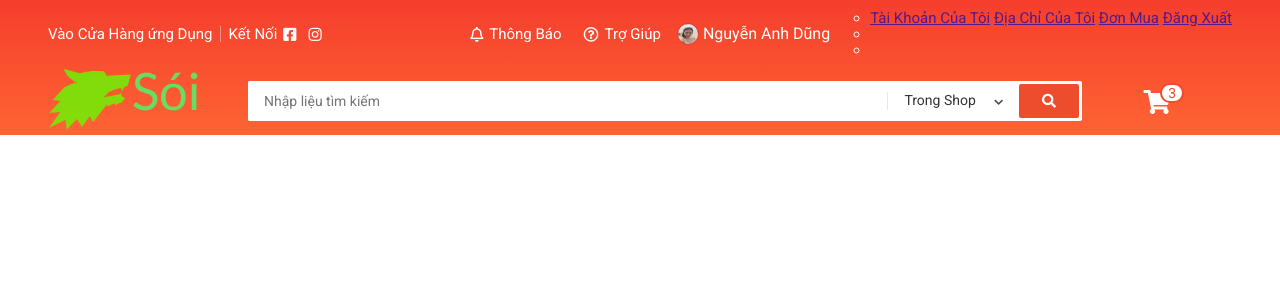
Repository: adwewecat/shoppe
Page: index.html
These files come from the project's save history. The page is drawn as it stood at one moment and after a run of saves; the edit follows.
The browser window is 1280 px wide. The pictures show the whole page.

Above is the page before, as saved 2021-09-03 12:01:17.

### index.html
<!DOCTYPE html>
<html lang="en">

<head>
    <meta charset="UTF-8" />
    <meta http-equiv="X-UA-Compatible" content="IE=edge" />
    <meta name="viewport" content="width=device-width, initial-scale=1.0" />
    <title>Document</title>
    <link rel="preconnect" href="https://fonts.googleapis.com" />
    <link rel="preconnect" href="https://fonts.gstatic.com" crossorigin />
    <link href="https://fonts.googleapis.com/css2?family=Roboto:ital,wght@0,400;0,500;0,700;1,300&display=swap"
        rel="stylesheet" />
    <link rel="stylesheet" href="./assets/css/base.css" />
    <link rel="stylesheet" href="./assets/css/main.css" />
    <link rel="stylesheet" href="./assets/fonts/fontawesome-free-5.15.4/css/all.min.css" />
</head>

<body>
    <div class="main">
        <header class="header">
            <div class="grid">
                <!-- Begin Navbar -->
                <nav class="header__navbar">
                    <ul class="header__navbar-list">
                        <li class="
                  header__navbar-item
                  header__navbar-item--has-qr
                  header__navbar-item--seperate
                ">
                            Vào Cửa Hàng ứng Dụng
                            <!-- Begin Header QR Code -->
                            <div class="header__qr">
                                <img src="./assets/img/qr_code/qrcode_2066837_.png" alt="QR_Code_Lagel"
                                    class="header__qr-img" />
                                <div class="header__qr-apps">
                                    <a href="" class="header__qr-link">
                                        <img src="./assets/img/qr_code/android.png" alt="android"
                                            class="header__qr-dowload-img" />
                                    </a>
                                    <a href="" class="header__qr-link">
                                        <img src="./assets/img/qr_code/ios.png" alt="ios"
                                            class="header__qr-dowload-img" />
                                    </a>
                                </div>
                            </div>
                            <!-- End Header QR Code -->
                        </li>
                        <li class="header__navbar-item">
                            <span class="header__navbar-title-no-pointer">Kết Nối</span>
                            <a href="" class="header__navbar-icon-link">
                                <i class="header__navbar-icon fab fa-facebook-square"></i>
                            </a>
                            <a href="" class="header__navbar-icon-link">
                                <i class="header__navbar-icon fab fa-instagram"></i>
                            </a>
                        </li>
                    </ul>

                    <ul class="header__navbar-list">
                        <li class="header__navbar-item header__navbar-item--has-notify">
                            <a href="" class="header__navbar-item-link">
                                <i class="header__navbar-icon far fa-bell"></i>
                                Thông Báo
                            </a>

                            <!-- Begin hover Thông Báo -->
                            <div class="header__notify">
                                <header class="header__notify-header">
                                    <h3>Thông Báo Mới Nhận</h3>
                                </header>
                                <ul class="header__notify-list">
                                    <li class="header__notify-item header__notify-item--viewed">
                                        <a href="" class="header__notify-link">
                                            <img src="./assets/img/san-pham/xiaomi-mi-11-ultra.jpg"
                                                alt="Xiaomi Mi 11 Ultra" class="header__notify-img" />
                                            <div class="header__notify-info">
                                                <span class="header__notify-name">Xiaomi Mi 11 Ultra</span>
                                                <span class="header__notify-description">Mô tả điện thoại Xiaomi Mi 11
                                                    Ultra</span>
                                            </div>
                                        </a>
                                    </li>

                                    <li class="header__notify-item">
                                        <a href="" class="header__notify-link">
                                            <img src="./assets/img/san-pham/xiaomi-mi-11-ultra.jpg"
                                                alt="Xiaomi Mi 11 Ultra" class="header__notify-img" />
                                            <div class="header__notify-info">
                                                <span class="header__notify-name">Xiaomi Mi 11 Ultra Ultra Ultra Ultra
                                                    Ultra Ultra
                                                    Ultra Ultra Ultra Ultra</span>
                                                <span class="header__notify-description">Mô tả điện thoại Xiaomi Mi 11
                                                    Ultra Mô tả điện
                                                    thoại Xiaomi Mi 11 Ultra Mô tả điện thoại Xiaomi Mi
                                                    11 Ultra Mô tả điện thoại Xiaomi Mi 11 Ultra</span>
                                            </div>
                                        </a>
                                    </li>

                                    <li class="header__notify-item">
                                        <a href="" class="header__notify-link">
                                            <img src="./assets/img/san-pham/xiaomi-mi-11-ultra.jpg"
                                                alt="Xiaomi Mi 11 Ultra" class="header__notify-img" />
                                            <div class="header__notify-info">
                                                <span class="header__notify-name">Xiaomi Mi 11 Ultra</span>
                                                <span class="header__notify-description">Mô tả điện thoại Xiaomi Mi 11
                                                    Ultra</span>
                                            </div>
                                        </a>
                                    </li>
                                </ul>

                                <footer class="header__notify-footer">
                                    <a href="" class="header__notify-footer-btn">Xem Tất Cả</a>
                                </footer>
                            </div>
                            <!-- Begin hover Thông Báo -->
                        </li>

                        <li class="header__navbar-item">
                            <a href="" class="header__navbar-item-link">
                                <i class="header__navbar-icon far fa-question-circle"></i>
                                Trợ Giúp
                            </a>
                        </li>
                        <!-- <li class="header__navbar-item header__navbar-item--strong header__navbar-item--seperate">
                            Đăng Ký
                        </li>
                        <li class="header__navbar-item header__navbar-item--strong">
                            Đăng Nhập
                        </li> -->
                        <li class="header__navbar-item header__navbar-item-user">
                            <img src="./assets/img/san-pham/4.jpg" alt="" class="header__navbar-user-img">
                            <span class="header__navbar-user-name">Nguyễn Anh Dũng</span>

                            <ul class="header__navbar-user-menu">
                                <li class="header__navbar-user-item">
                                    <a href="">Tài Khoản Của Tôi</a>
                                    <a href="">Địa Chỉ Của Tôi</a>
                                    <a href="">Đơn Mua</a>
                                    <a href="">Đăng Xuất</a>
                                </li>
                                <li class="header__navbar-user-item">

                                </li>
                                <li class="header__navbar-user-item">

                                </li>


                            </ul>

                        </li>
                    </ul>
                </nav>
                <!-- End Navbar -->

                <!-- Begin search, logo, giỏ hàng -->
                <div class="header-with-search">
                    <div class="header__logo">
                        <img src="./assets/img/san-pham/logo.png" alt="" class="header__logo-img" />
                    </div>
                    <!-- Begin Search -->
                    <div class="header__search">
                        <div class="header__search-input-wrap">
                            <input type="text" class="header__search-input" placeholder="Nhập liệu tìm kiếm" />

                            <!-- Search History -->
                            <div class="header__search-history">
                                <h3 class="header__search-history-heading">
                                    Lịch Sử Tìm Kiếm
                                </h3>
                                <ul class="header__search-history-list">
                                    <li class="header__search-history-item">
                                        <a href="">Iphone 12 pro max</a>
                                    </li>
                                    <li class="header__search-history-item">
                                        <a href="">Xiaomi Mi 11i </a>
                                    </li>
                                </ul>
                            </div>
                        </div>

                        <div class="header__search-select">
                            <span class="header__search-select-lable">Trong Shop</span>
                            <i class="header__search-select-icon fas fa-chevron-down"></i>

                            <ul class="header__search-option">
                                <li class="
                      header__search-option-item
                      header__search-option-item--active
                    ">
                                    <span>Trong Shop</span>
                                    <i class="fas fa-check"></i>
                                </li>
                                <li class="header__search-option-item">
                                    <span>Ngoài Shop</span>
                                    <i class="fas fa-check"></i>
                                </li>
                            </ul>
                        </div>
                        <button class="header__search-btn">
                            <i class="header__search-btn-icon fas fa-search"></i>
                        </button>
                    </div>
                    <!-- End Search -->

                    <!-- Begin Giỏ Hàng -->
                    <div class="header__cart">
                        <div class="header__cart-wrap">
                            <i class="fas fa-shopping-cart header__cart-icon"></i>
                            <span class="header__cart-notice">3</span>
                            <!-- No card : header__cart-list--no-cart -->
                            <div class="header__cart-list ">
                                <img src="./assets/img/san-pham/chua-co-san-pham.png" alt=""
                                    class="header__cart-no-cart-img" />
                                <span class="header__cart-list--no-cart-msg">Chưa Có Sản Phẩm Nào</span>

                                <!-- Có sản phẩm -->
                                <h4 class="header__cart-heading">Sản Phẩm Đã Thêm</h4>
                                <ul class="header__cart-list-item">
                                    <!-- Cart Item -->
                                    <li class="header__cart-item">
                                        <img src="./assets/img/san-pham/xiaomi-mi-11-ultra.jpg" alt=""
                                            class="header__cart-img" />
                                        <div class="header__cart-item-info">
                                            <div class="header__cart-item-head">
                                                <h5 class="header__cart-item-name">
                                                    Điện Thoại Cấu Hình Cao
                                                </h5>
                                                <div class="header__cart-item-price-wrap">
                                                    <span class="header__cart-item-price">19.000.000đ</span>
                                                    <span class="header__cart-item-multiply">x</span>
                                                    <span class="header__cart-item-quantity">2</span>
                                                </div>
                                            </div>
                                            <div class="header__cart-item-body">
                                                <span class="header__cart-item-description">
                                                    Phân Loại Hàng : Điện Thoại Thông Minh
                                                </span>
                                                <span class="header__cart-item-remove">Xóa</span>
                                            </div>
                                        </div>
                                    </li>
                                </ul>
                                <ul class="header__cart-list-item">
                                    <!-- Cart Item -->
                                    <li class="header__cart-item">
                                        <img src="./assets/img/san-pham/xiaomi-mi-11-ultra.jpg" alt=""
                                            class="header__cart-img" />
                                        <div class="header__cart-item-info">
                                            <div class="header__cart-item-head">
                                                <h5 class="header__cart-item-name">
                                                    Điện Thoại Cấu Hình Cao
                                                </h5>
                                                <div class="header__cart-item-price-wrap">
                                                    <span class="header__cart-item-price">19.000.000đ</span>
                                                    <span class="header__cart-item-multiply">x</span>
                                                    <span class="header__cart-item-quantity">2</span>
                                                </div>
                                            </div>
                                            <div class="header__cart-item-body">
                                                <span class="header__cart-item-description">
                                                    Phân Loại Hàng : Điện Thoại Thông Minh
                                                </span>
                                                <span class="header__cart-item-remove">Xóa</span>
                                            </div>
                                        </div>
                                    </li>
                                </ul>
                                <div>
                                    <a href="#" class="header__cart-view-cart btn btn--primary">Xem Tất Cả</a>
                                </div>
                            </div>
                        </div>
                    </div>
                    <!-- End Giỏ Hàng -->
                </div>
                <!-- End search, logo, giỏ hàng -->
            </div>
        </header>

        <div class="container"></div>

        <footer class="footer"></footer>
    </div>

    <!-- Begin Modal -->
    <!-- <div class="modal">
        <div class="modal__overlay"></div>

        <div class="modal__body"> -->

    <!-- Begin Register form -->
    <!-- <div class="auth-form">
                    <div class="auth-form__container">
                        <div class="auth-form__header">
                            <h3 class="auth-form__heading">Đăng Ký</h3>
                            <span class="auth-form__switch-btn">Đăng Nhập</span>
                        </div>

                        <div class="auth-form__form">
                            <div class="auth-form__group">
                                <input type="text" class="auth-form__input" placeholder="Nhập Email">
                            </div>
                            <div class="auth-form__group">
                                <input type="password" class="auth-form__input" placeholder="Nhập Mật Khẩu">
                            </div>
                            <div class="auth-form__group">
                                <input type="password" class="auth-form__input" placeholder="Nhập Lại Mật Khẩu">
                            </div>
                        </div>

                        <div class="auth-form__aside">
                            <p class="auth-form__policy-text">
                                Bằng Việc Đăng Ký , Bạn Đã Đồng Ý Với Shop Về
                                <a href="" class="auth-form__text-link">Điều Khoản Dịch Vụ</a> &
                                <a href="" class="auth-form__text-link">Chính Sách Bảo Mật</a>
                            </p>
                        </div>

                        <div class="auth-form__controls">
                            <button class="btn btn--normal auth-form__controls-back">TRỞ LẠI</button>
                            <button class="btn btn--primary">Đăng Ký</button>
                        </div>
                    </div>


                    <div class="auth-form__socials">

                        <a href="" class=" auth-form__socials-facebook btn btn--size-s btn--witch-icon">
                            <i class="auth-form__socials-icon fab fa-facebook-square"></i>
                            <span class="auth-form__socials-title">
                                Kết Nối Với Facebook
                            </span>
                        </a>

                        <a href="" class="auth-form__socials-google btn btn--size-s btn--witch-icon">
                            <i class="auth-form__socials-icon fab fa-google-plus-square"></i>
                            <span class="auth-form__socials-title">
                                Kết Nối Với Google
                            </span>
                        </a>
                    </div>
                </div> -->
    <!-- Begin Register form -->

    <!-- Begin Login form -->
    <!-- <div class="auth-form">
                    <div class="auth-form__container">
                        <div class="auth-form__header">
                            <h3 class="auth-form__heading">Đăng Nhập</h3>
                            <span class="auth-form__switch-btn">Đăng Ký</span>
                        </div>

                        <div class="auth-form__form">
                            <div class="auth-form__group">
                                <input type="text" class="auth-form__input" placeholder="Nhập Email">
                            </div>
                            <div class="auth-form__group">
                                <input type="password" class="auth-form__input" placeholder="Nhập Mật Khẩu">
                            </div>
                        </div>

                        <div class="auth-form__aside">
                            <div class="auth-form__help">
                                <a href="" class="auth-form__help-link auth-form__help-forgot">Quên Mật Khẩu</a>
                                <span class="auth-form__help-separate"></span>
                                <a href="" class="auth-form__help-link">Cần Trợ Giúp?</a>
                            </div>
                        </div>

                        <div class="auth-form__controls">
                            <button class="btn btn--normal auth-form__controls-back">Trở Lại</button>
                            <button class="btn btn--primary">Đăng Nhập</button>
                        </div>
                    </div>


                    <div class="auth-form__socials">

                        <a href="" class=" auth-form__socials-facebook btn btn--size-s btn--witch-icon">
                            <i class="auth-form__socials-icon fab fa-facebook-square"></i>
                            <span class="auth-form__socials-title">
                                Kết Nối Với Facebook
                            </span>
                        </a>

                        <a href="" class="auth-form__socials-google btn btn--size-s btn--witch-icon">
                            <i class="auth-form__socials-icon fab fa-google-plus-square"></i>
                            <span class="auth-form__socials-title">
                                Kết Nối Với Google
                            </span>
                        </a>
                    </div>
                </div> -->
    <!-- End Login form -->

    <!-- </div>
    </div> -->

    <!-- End Modal -->
</body>

</html>

### assets/css/base.css

/* Reset CSS */
/*! normalize.css v8.0.1 | MIT License | github.com/necolas/normalize.css */
html{line-height:1.15;-webkit-text-size-adjust:100%}body{margin:0}main{display:block}h1{font-size:2em;margin:.67em 0}hr{box-sizing:content-box;height:0;overflow:visible}pre{font-family:monospace,monospace;font-size:1em}a{background-color:transparent}abbr[title]{border-bottom:none;text-decoration:underline;text-decoration:underline dotted}b,strong{font-weight:bolder}code,kbd,samp{font-family:monospace,monospace;font-size:1em}small{font-size:80%}sub,sup{font-size:75%;line-height:0;position:relative;vertical-align:baseline}sub{bottom:-.25em}sup{top:-.5em}img{border-style:none}button,input,optgroup,select,textarea{font-family:inherit;font-size:100%;line-height:1.15;margin:0}button,input{overflow:visible}button,select{text-transform:none}[type=button],[type=reset],[type=submit],button{-webkit-appearance:button}[type=button]::-moz-focus-inner,[type=reset]::-moz-focus-inner,[type=submit]::-moz-focus-inner,button::-moz-focus-inner{border-style:none;padding:0}[type=button]:-moz-focusring,[type=reset]:-moz-focusring,[type=submit]:-moz-focusring,button:-moz-focusring{outline:1px dotted ButtonText}fieldset{padding:.35em .75em .625em}legend{box-sizing:border-box;color:inherit;display:table;max-width:100%;padding:0;white-space:normal}progress{vertical-align:baseline}textarea{overflow:auto}[type=checkbox],[type=radio]{box-sizing:border-box;padding:0}[type=number]::-webkit-inner-spin-button,[type=number]::-webkit-outer-spin-button{height:auto}[type=search]{-webkit-appearance:textfield;outline-offset:-2px}[type=search]::-webkit-search-decoration{-webkit-appearance:none}::-webkit-file-upload-button{-webkit-appearance:button;font:inherit}details{display:block}summary{display:list-item}template{display:none}[hidden]{display:none}
/*# sourceMappingURL=normalize.min.css.map */
/* https://cdnjs.cloudflare.com/ajax/libs/normalize/8.0.1/normalize.min.css */


:root {
    --primary-color: #EE4D2D;
    --white-color: #fff;
    --black-color: #000;
    --text-color: #333;
    --border-color: #dbdbdb;

    --navbar-height:34px;
    --header-height:120px
    --header-with-search-height:calc(var(var(--header-height)-var(var(--navbar-height))))

}

*{
    box-sizing: border-box; /* lÀM Kích thước không bị thay đổi khi làm dầy padding và border */

}

html {
    /* Hack */
    font-size: 62.5%;
    line-height: 1.6rem; /*1rem bằng 10px khi setup font-size: 62.5%;*/
    font-family: 'Roboto', sans-serif; /*sans-serif là thuộc tính chữ ko gạch chân*/
}


.grid {
    width: 1200px;
    max-width: 100%;
    margin: 0 auto; /*trên dưới bằng 0  trái phải auto , tự động căn giữa khi khối này nằm trong khối khác*/
}

.grid__full-width {
    width: 100%;
}


/* Những thẻ nào nằm trong class này sẽ cùng nằm trên 1 hàng ngang và nếu co giao diện sẽ tự động xuống dòng */
.grid__row {
    display: flex;
    flex-wrap: wrap;
}

/* Animation */
@keyframes fadeIn {
    from {
        opacity: 0;
    }
    to {
        opacity: 1;
    }
}

@keyframes growth {
    from {
        transform: scale(var(--growth-form));
    }
    to{
        transform: scale(var(--growth-to));
    }
}



/* ====================================== */
/* Begin Modal */
.modal {
    position: fixed;
    top: 0;
    bottom: 0;
    right: 0;
    left: 0;
    display: flex;
    animation: fadeIn ease-in 0.5s;
}
.modal__overlay {
    position: absolute;
    width: 100%;
    height: 100%;
    background-color: rgba(12, 5, 5, 0.4);
}

.modal__body {
    --growth-form : 0.7s;
    --growth-to:1s;
    background-color: green;
    margin: auto;
    position: relative;
    z-index: 1; /*Hiện thị ưu tiên lên trên*/
    animation: growth linear 0.5s;
}

/* End Modal */
/* ====================================== */



/* button style */
.btn {
    min-width: 124px;
    height: 36px;
    text-decoration: none;
    border: none;
    border-radius: 2px;
    font-size: 1.5rem;
    padding: 0 12px;
    outline: none;
    cursor: pointer;
    color: var(--text-color);
    display: flex;
    justify-content: center;
    align-items: center;
    line-height: 1.6rem;
}

.btn.btn--normal:hover {
    background-color: rgba(0,0,0,0.1);

}

.btn.btn--size-s {
    height: 32px;
    font-size: 12px;
    padding: 0 8px;
}


/* Phải có cả 2 class này mới được áp dụng */
.btn.btn--primary {
    color: var(--white-color);
    background-color: var(--primary-color);
}

.btn.btn-disabled {
    cursor: default;
    filter: brightness(80%); /*Giamr độ sáng*/
    background-color: #c3c3c3;
    color: #949494;
}

Loaded but not shown: assets/fonts/fontawesome-free-5.15.4/css/all.min.css (library); assets/css/main.css (969 lines, source omitted)

After the next 2 saves:
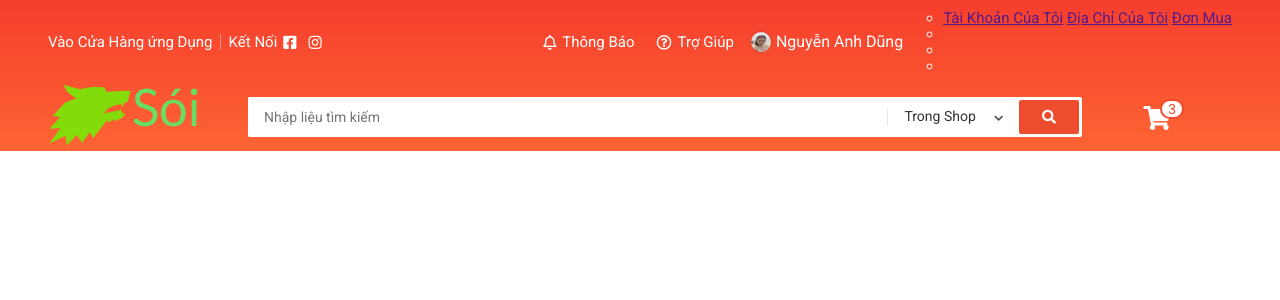
The 2 saves are shown as one change because they came seconds apart.
The last was saved 7 s later.
--- a/index.html
+++ b/index.html
@@ -138,7 +138,6 @@
                                     <a href="">Tài Khoản Của Tôi</a>
                                     <a href="">Địa Chỉ Của Tôi</a>
                                     <a href="">Đơn Mua</a>
-                                    <a href="">Đăng Xuất</a>
                                 </li>
                                 <li class="header__navbar-user-item">
 
@@ -146,7 +145,9 @@
                                 <li class="header__navbar-user-item">
 
                                 </li>
-
+                                <li class="header__navbar-user-item">
+
+                                </li>
 
                             </ul>
 
